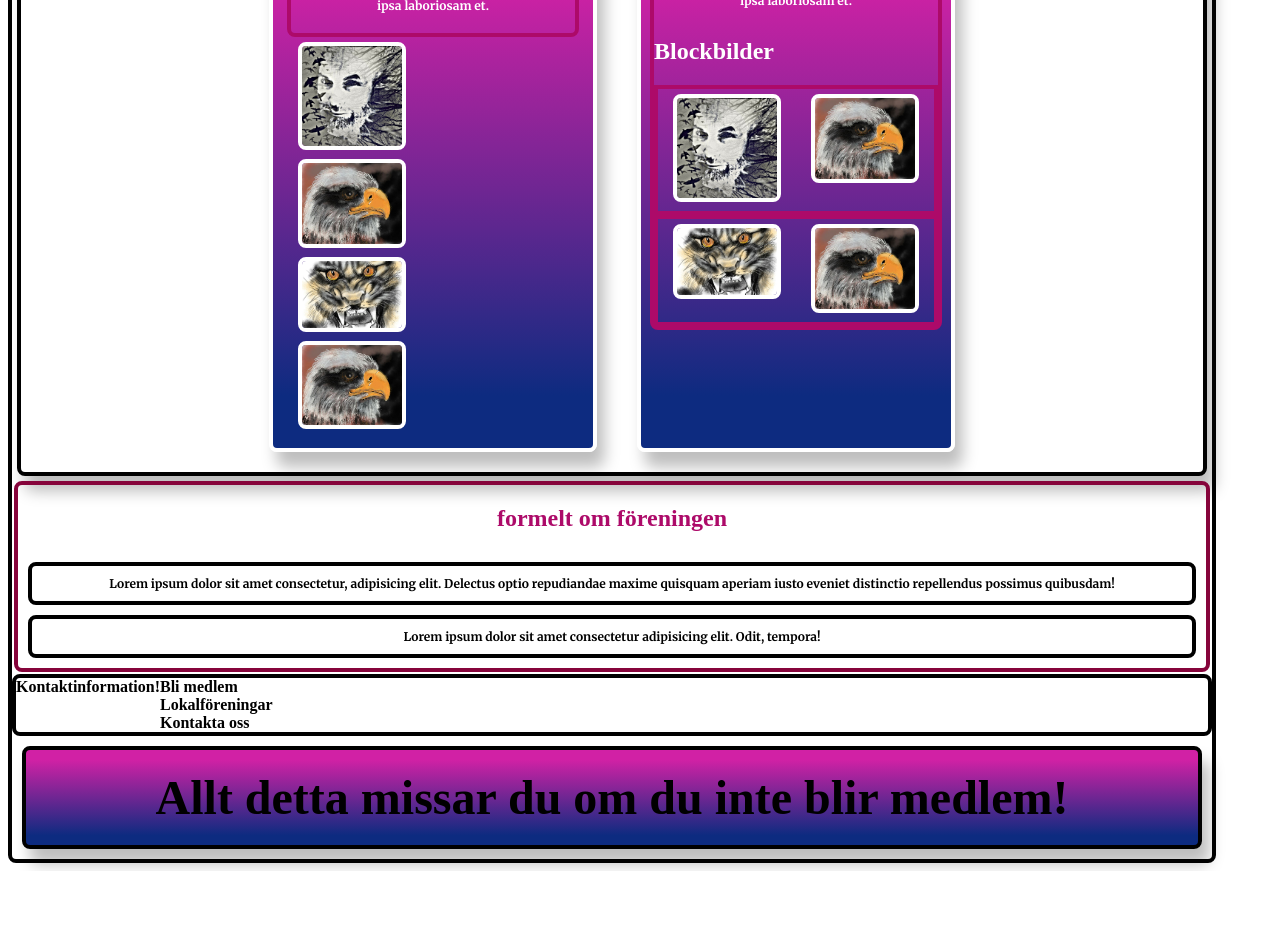
Repository: Webutveckling-20-21/lektion-3-CSS
Page: medlemssidan.html
These files come from the project's save history. The page is drawn as it stood at one moment and after the next save; the edit follows.
The browser window is 1280 px wide. The pictures show the part of the page from y = 240 to 1192 px (the page is 1173 px tall before and 1192 px after).
A picture or video elsewhere on the page could not be fetched, so the positions and the page height are approximate. Some web fonts or font styles are not loaded; a fallback is used.

Above is the page before, as saved 2021-10-07 13:46:01.

After the next save:
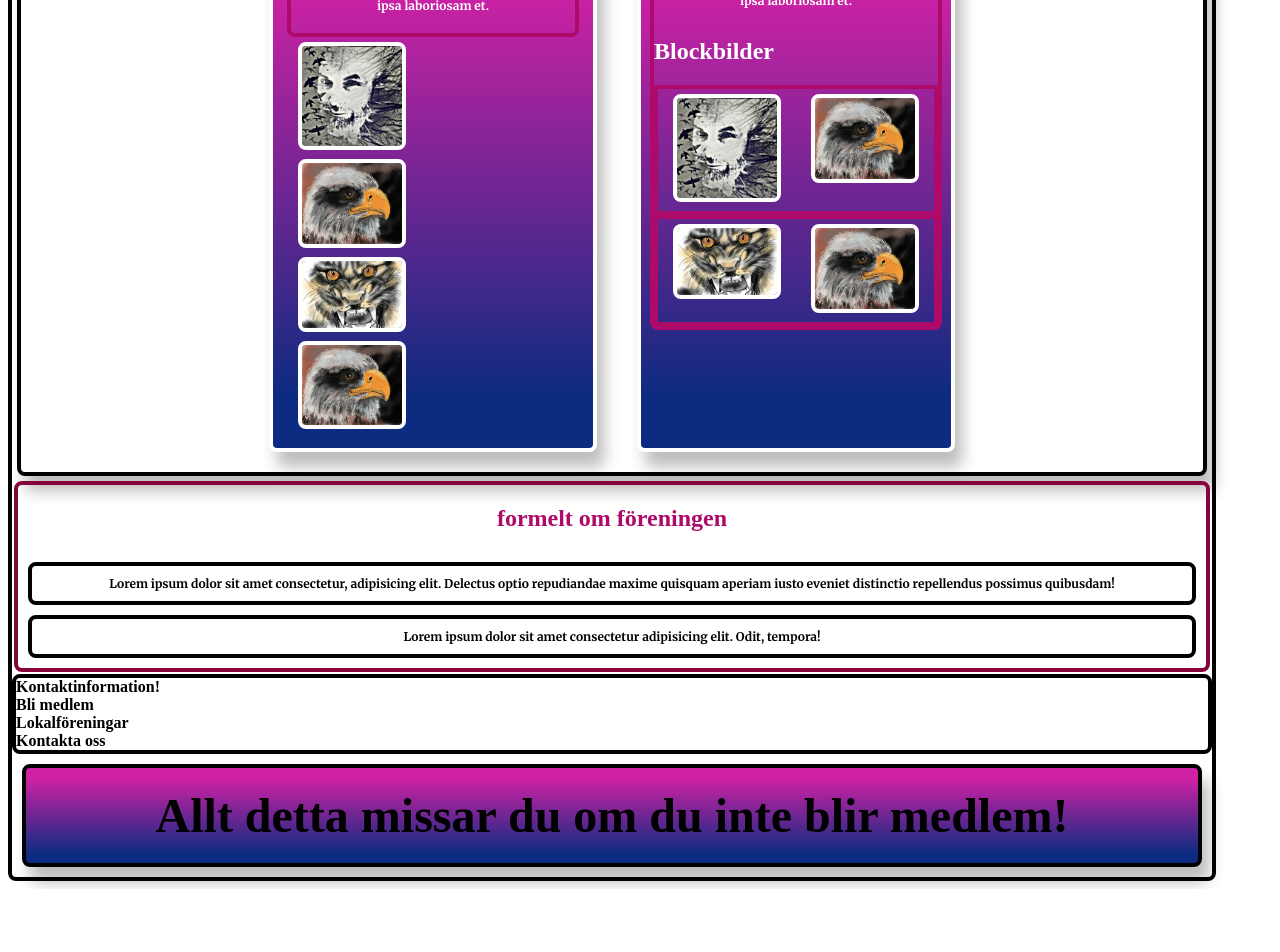
Saved 48 s later.
--- a/style4.css
+++ b/style4.css
@@ -240,7 +240,8 @@
 .contact-all{
     display:flex;
     flex-wrap: wrap;
-    flex-direction: row;
+    flex-direction: column;
+    flex-direction: stretch;
     border:4px solid black;
     border-radius:8px;
 

After the save that followed:
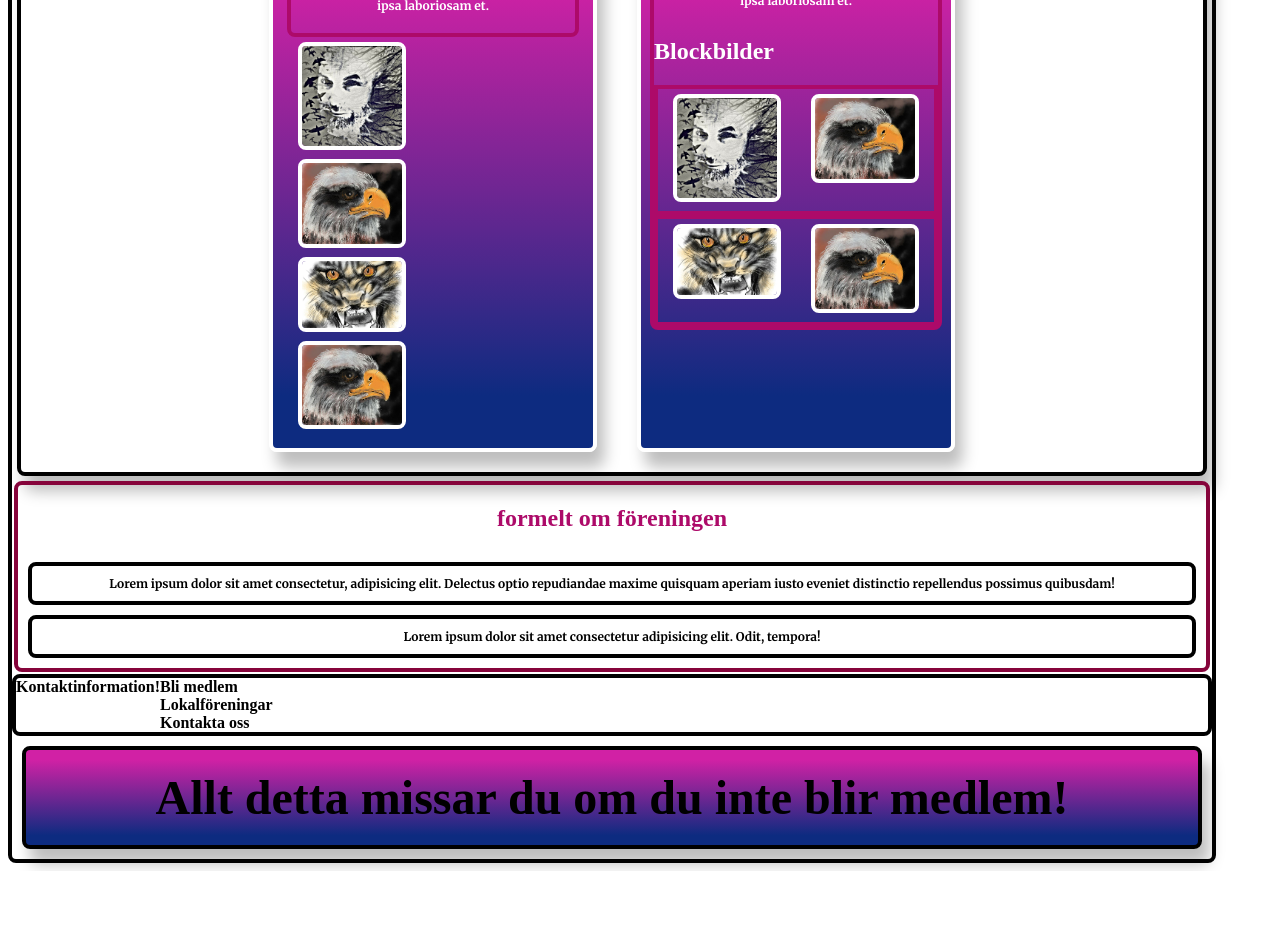
Saved 15 s later.
--- a/style4.css
+++ b/style4.css
@@ -240,7 +240,7 @@
 .contact-all{
     display:flex;
     flex-wrap: wrap;
-    flex-direction: column;
+    flex-direction: row;
     flex-direction: stretch;
     border:4px solid black;
     border-radius:8px;
